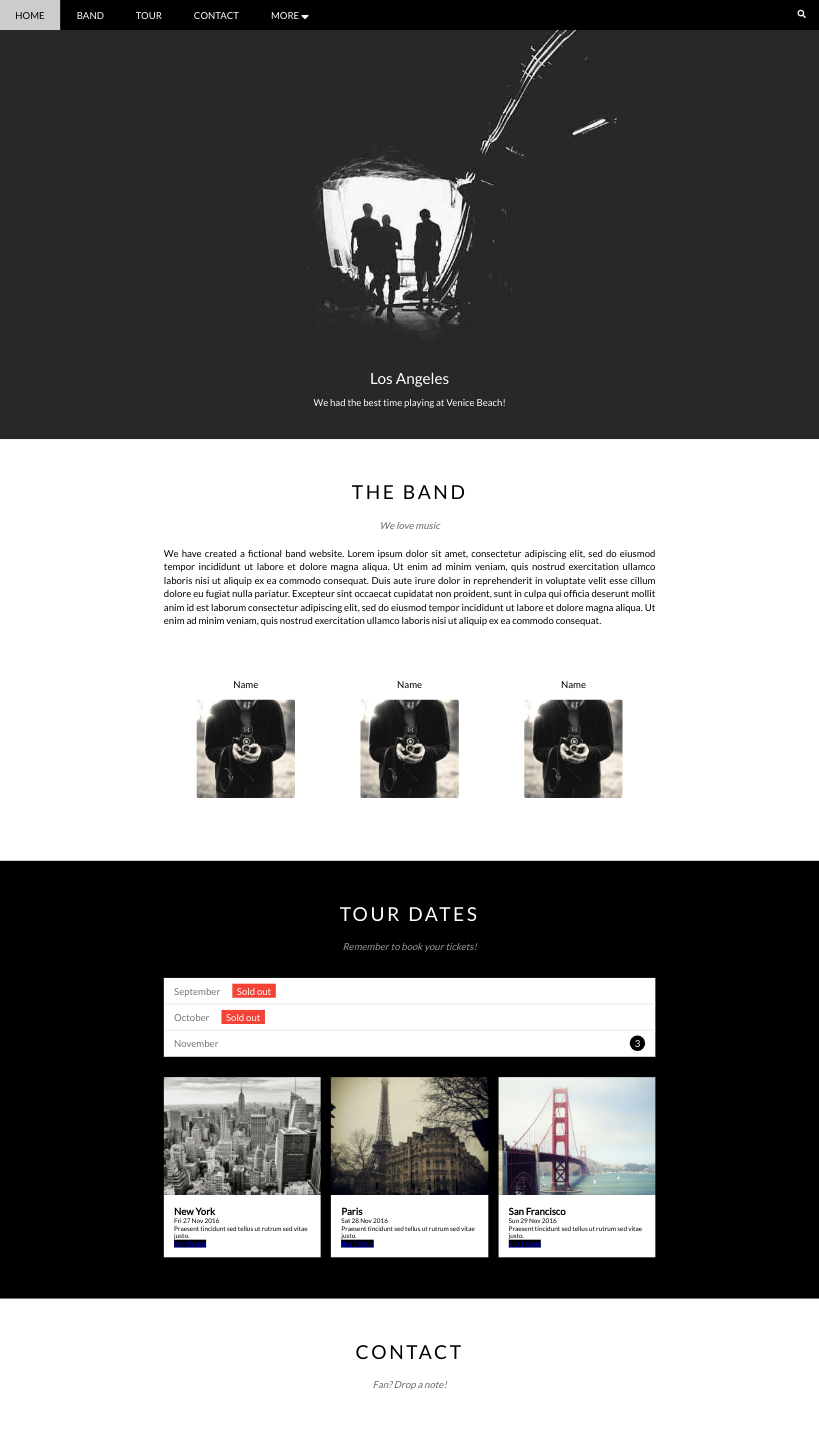
Repository: nguyenthaicong265/w3-band
Page: index.html
An editor plug-in stored every save of this project. The page is shown before and after the next save, followed by the edit.
The browser window is 1280 px wide. The pictures show the whole page, at 64% of full size.

Above is the page before, as saved 2021-12-29 17:07:15.

After the next save:
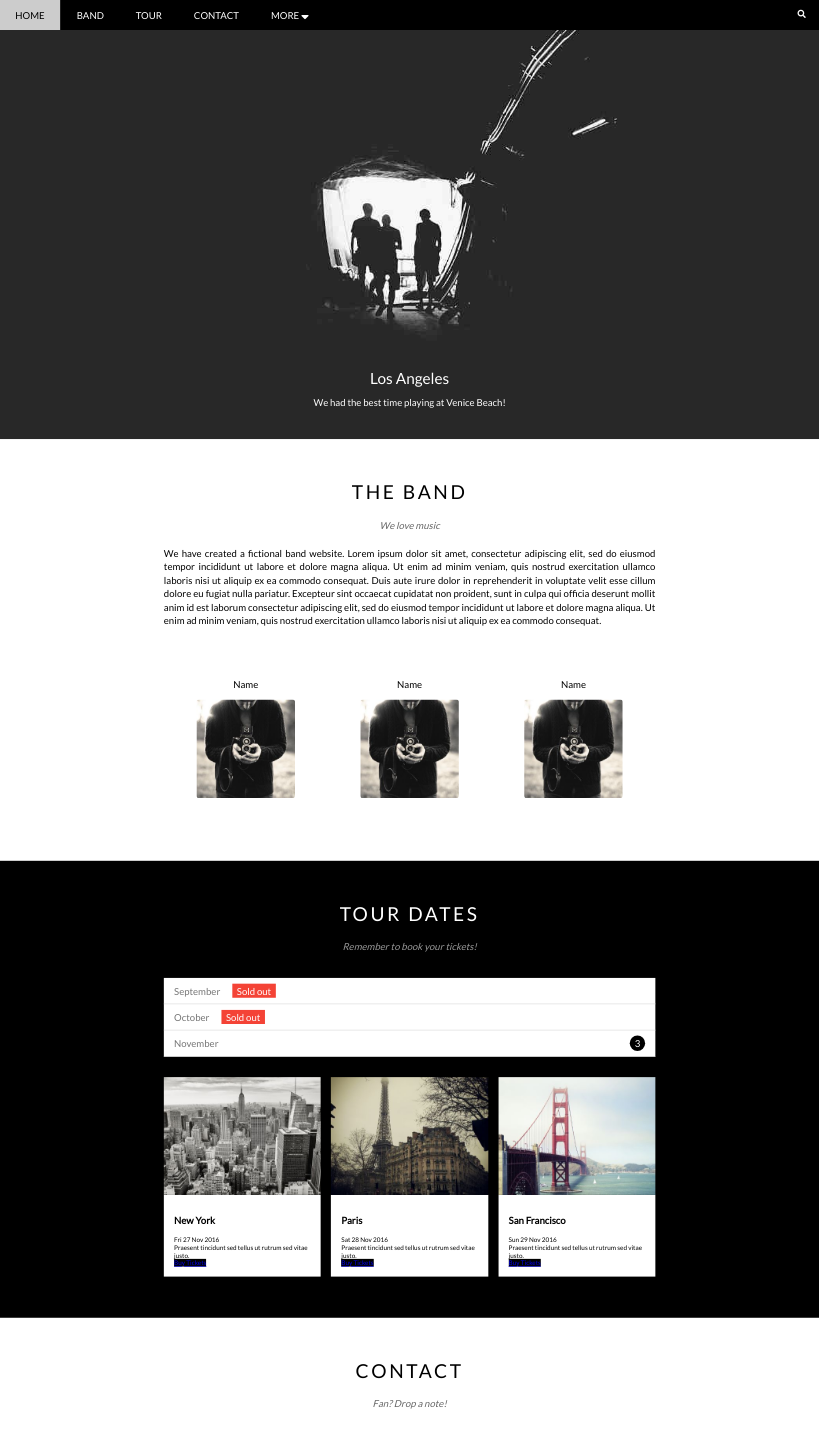
Saved 22 s later.
--- a/assets/css/styles.css
+++ b/assets/css/styles.css
@@ -242,7 +242,6 @@
 }
 
 .place-heading {
-    display: inline;
     font-size: 15px;
     font-weight: bolder;
     margin: 15px 0px;

After the save that followed:
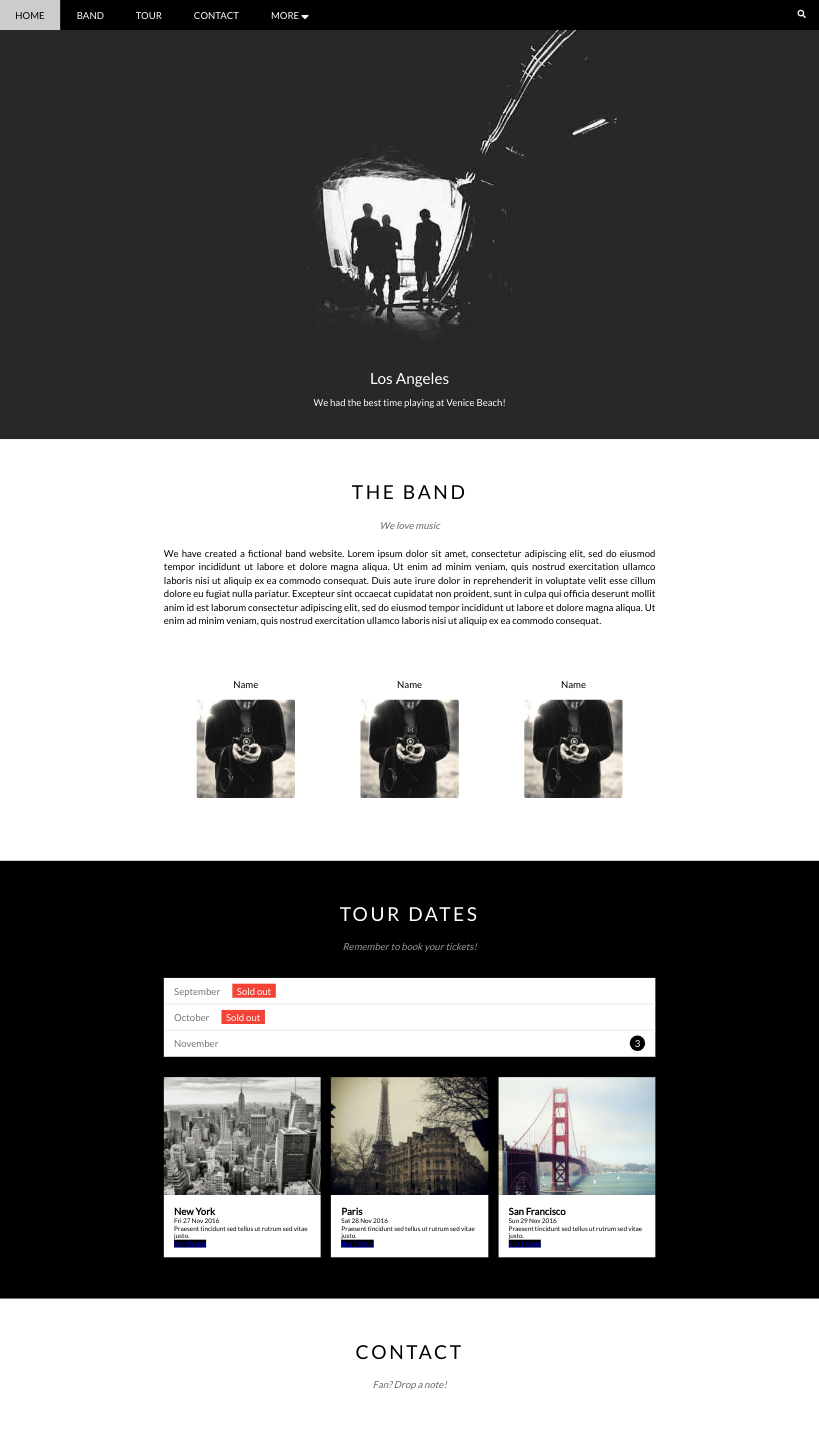
Saved 18 s later.
--- a/assets/css/styles.css
+++ b/assets/css/styles.css
@@ -244,7 +244,7 @@
 .place-heading {
     font-size: 15px;
     font-weight: bolder;
-    margin: 15px 0px;
+    margin: 0 15px 0 0;
 }
 
 .place-dsc {
